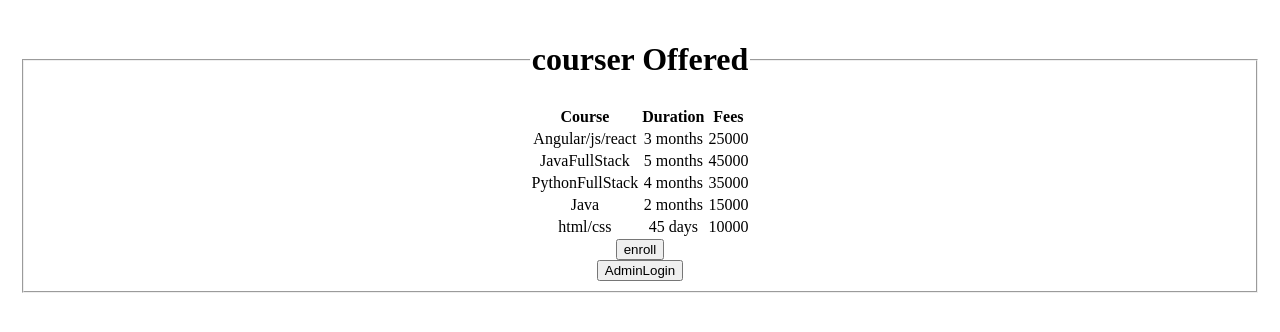
Repository: JanapatlaManojReddy/java
Page: http://localhost/institutionProject/
The author's editor kept a copy of each file at every save. The page is drawn from the files as they stood at one save, then again after the next save.
The browser window is 1280 px wide. The pictures show the whole page.
The page is served by Tomcat 9. Other server files are loaded and not shown.

Above is the page before, as saved 2023-08-19 11:20:08.

### institutionProject/src/main/webapp/welcome.jsp
<%@ page language="java" contentType="text/html; charset=ISO-8859-1"
    pageEncoding="ISO-8859-1"%>
<!DOCTYPE html>
<html>
<head>
<meta charset="ISO-8859-1">
<title>welcome to coding hub </title>
<style>
body{
margin:20px;
}
</style>

</head>
<body>
<form>
<fieldSet align="center">
<legend><h1>courser Offered</h1></legend>
<table align="center">
<tr>
<th>Course </th>
<th>Duration</th>
<th>Fees</th>
</tr>
<tr>
<td>Angular/js/react</td>
<td>3 months</td>
<td>25000</td>

</tr>
<tr>
<td>JavaFullStack</td>
<td>5 months</td>
<td>45000</td>

</tr>
<tr>
<td>PythonFullStack</td>
<td>4 months</td>
<td>35000</td>

</tr>
<tr>
<td>Java</td>
<td>2 months</td>
<td>15000</td>

</tr>
<tr>
<td>html/css</td>
<td>45 days</td>
<td>10000</td>

</tr>
</table>
</feildSet>
<div><span><button a href="StudentRegistration.jsp"></a>enroll</button></span>
</div>
<div><span><button a href="ManagementLogin.jsp"></a>AdminLogin</button></span>
</div>
</form>

</body>
</html>

After the next save:
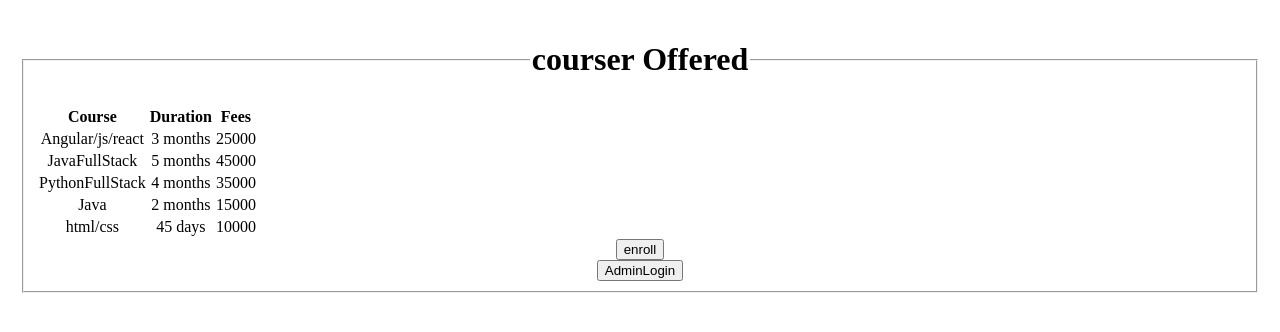
Saved 71 s later.
--- a/institutionProject/src/main/webapp/welcome.jsp
+++ b/institutionProject/src/main/webapp/welcome.jsp
@@ -14,9 +14,10 @@
 </head>
 <body>
 <form>
+<div>
 <fieldSet align="center">
 <legend><h1>courser Offered</h1></legend>
-<table align="center">
+<table >
 <tr>
 <th>Course </th>
 <th>Duration</th>
@@ -58,6 +59,7 @@
 </div>
 <div><span><button a href="ManagementLogin.jsp"></a>AdminLogin</button></span>
 </div>
+</div>
 </form>
 
 </body>

After the save that followed:
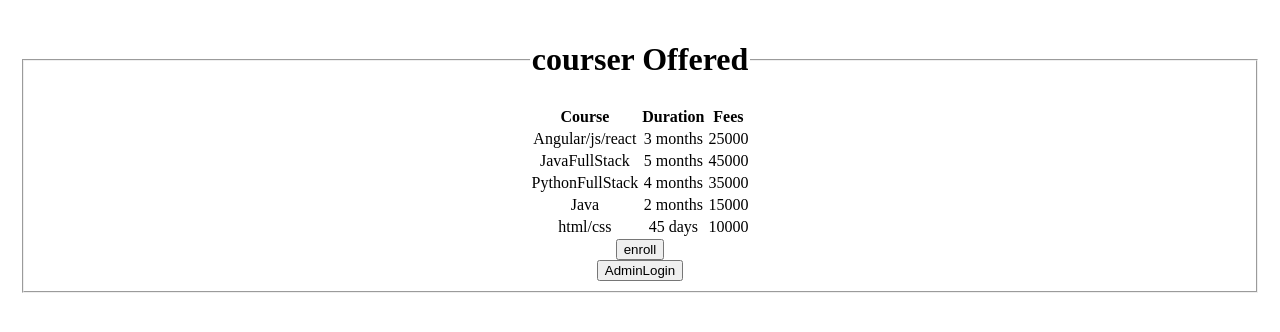
Saved 2 min 36 s later.
--- a/institutionProject/src/main/webapp/welcome.jsp
+++ b/institutionProject/src/main/webapp/welcome.jsp
@@ -14,10 +14,9 @@
 </head>
 <body>
 <form>
-<div>
 <fieldSet align="center">
 <legend><h1>courser Offered</h1></legend>
-<table >
+<table align="center">
 <tr>
 <th>Course </th>
 <th>Duration</th>
@@ -59,7 +58,6 @@
 </div>
 <div><span><button a href="ManagementLogin.jsp"></a>AdminLogin</button></span>
 </div>
-</div>
 </form>
 
 </body>
